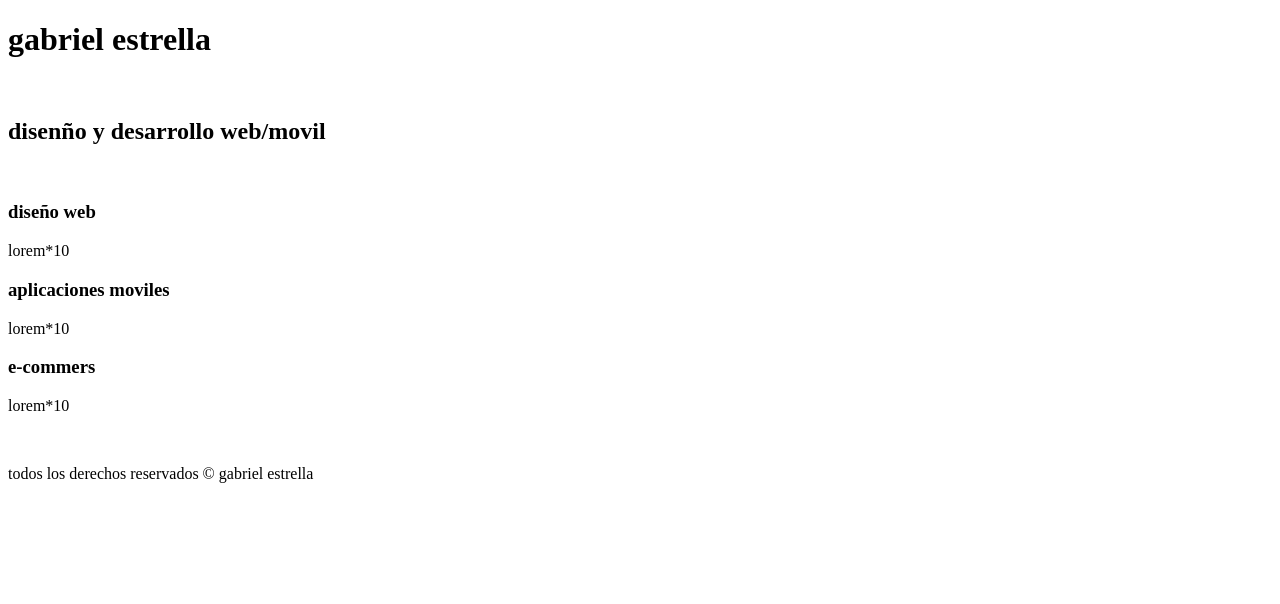
Repository: gabrielestrella18/web2024
Page: Developer Page/index.html
An editor plug-in stored every save of this project. The page is shown before and after the next save, followed by the edit.
The browser window is 1280 px wide. The pictures show the whole page.

Above is the page before, as saved 2024-02-09 11:58:12.

### Developer Page/index.html
<!DOCTYPE html>
<html lang="en">
  <head>
    <title>PRIMERA TAREA</title>
    <meta charset="UTF-8">
    <meta name="viewport" content="width=device-width, initial-scale=1">
    <link href="ccs.css" rel="stylesheet">
  </head>
  <body>

  <h1>gabriel estrella</h1>
  <br>
  <h2>disenño y desarrollo web/movil </h2>
  <br>
  <h3>
  diseño web</h3>

  <p>lorem*10</p>

<h3>
  aplicaciones moviles</h3>

  <p>lorem*10</p>
  <h3>
  e-commers</h3>

  <p>lorem*10</p>
<br>
<p>todos los derechos reservados © gabriel estrella</p>

  </body>
</html>

Loaded but not shown: Developer Page/ccs.css (no stored copy; drawn as an empty file)

After the next save:
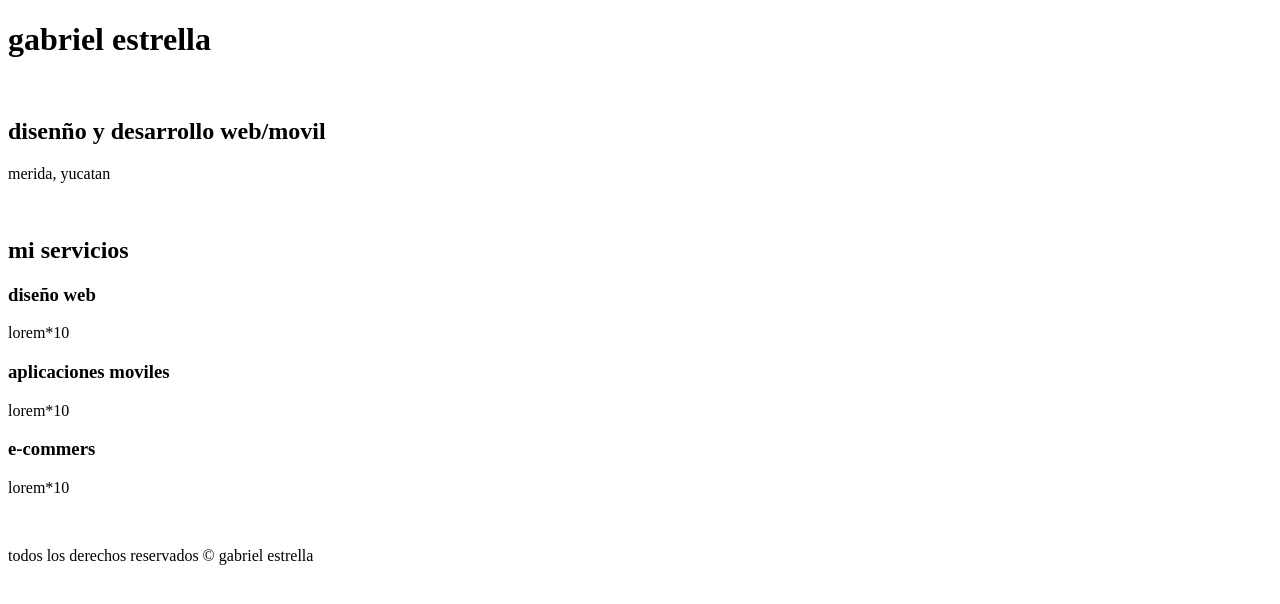
Saved 56 min 54 s later.
--- a/Developer Page/index.html
+++ b/Developer Page/index.html
@@ -11,7 +11,9 @@
   <h1>gabriel estrella</h1>
   <br>
   <h2>disenño y desarrollo web/movil </h2>
+  <p>merida, yucatan</p>
   <br>
+  <h2>mi servicios</h2>
   <h3>
   diseño web</h3>
 
